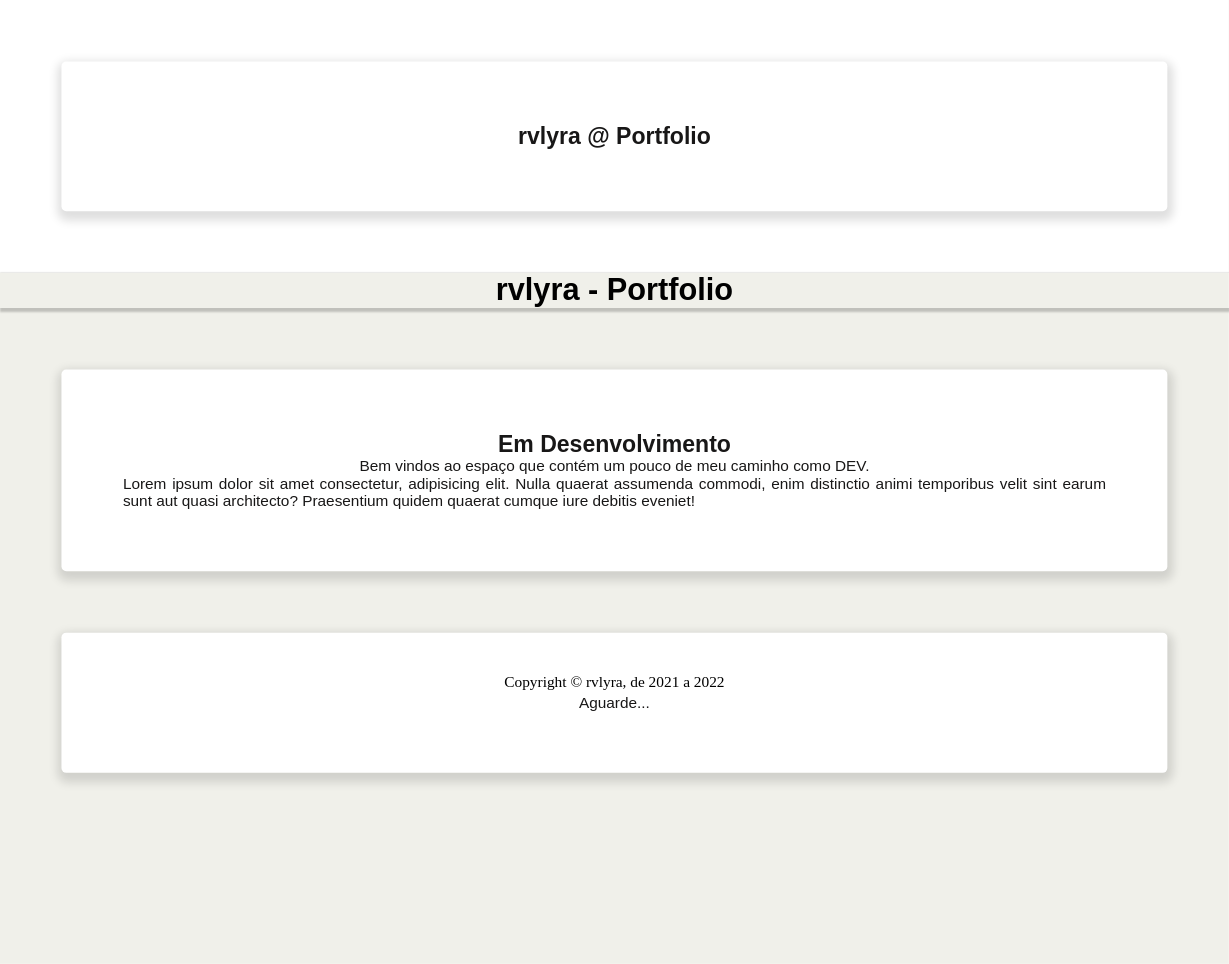
Repository: rvlyra/splash-screen-rvlyra
Page: Portfolio-RVLYRA/public/index.html
The author's editor kept a copy of each file at every save. The page is drawn from the files as they stood at one save, then again after the next save.
The browser window is 1280 px wide. The pictures show the whole page, at 96% of full size.
Some web fonts or font styles are not loaded; a fallback is used.

Above is the page before, as saved 2022-07-06 09:46:20.

After the next save:
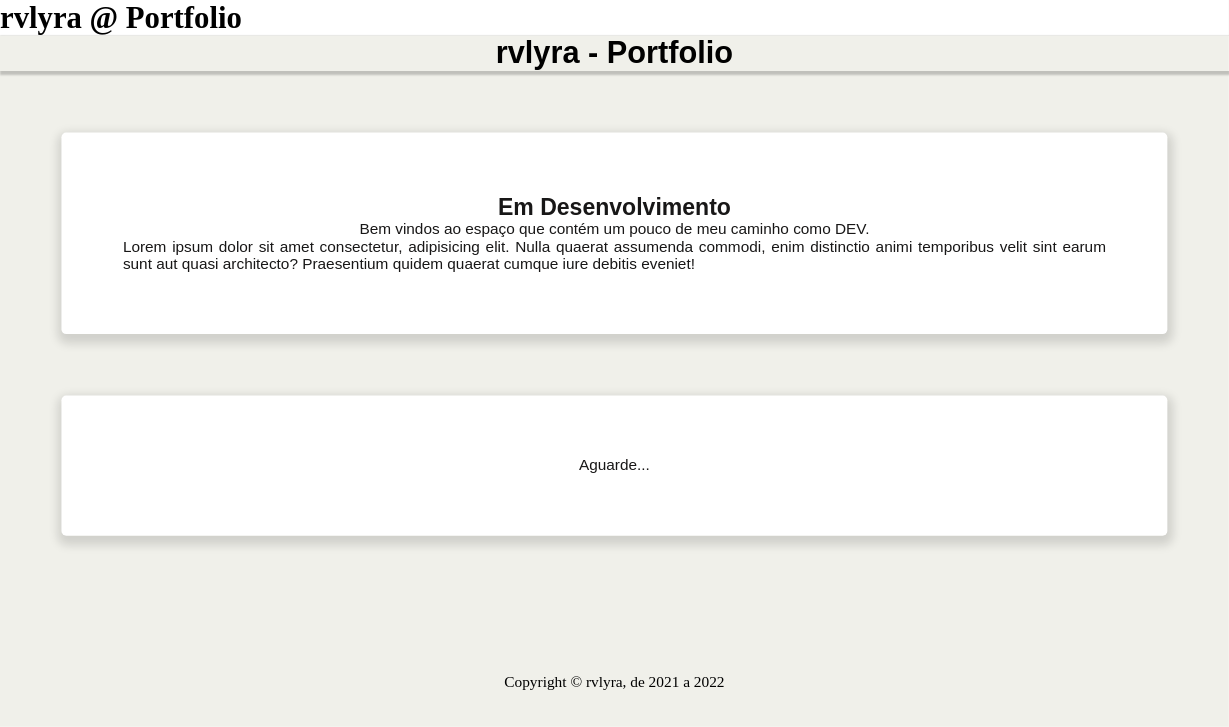
Saved 12 s later.
--- a/Portfolio-RVLYRA/public/index.html
+++ b/Portfolio-RVLYRA/public/index.html
@@ -8,9 +8,9 @@
     <title>rvlyra @ Portfolio</title>
 </head>
 <body>
-    <section class="splash">
+    <div class="splash">
         <h1>rvlyra @ Portfolio</h1>
-    </section>
+    </div>
     <main>
 
         <header class="header">
